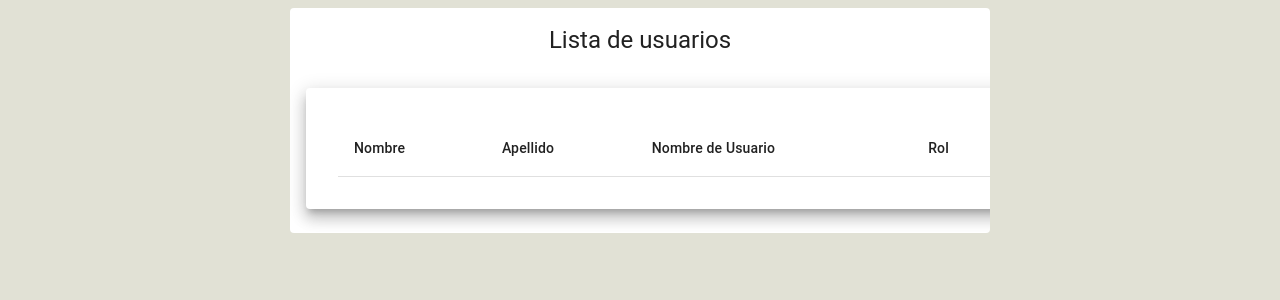
Repository: Mpablom/usuarioCaC-integrador-final-front
Page: /usuarios
The author's editor kept a copy of each file at every save. The page is drawn from the files as they stood at one save, then again after the next save.
The browser window is 1280 px wide. The pictures show the whole page.
The page's requests for data from a server got no answer. The project was rebuilt for these pictures with package versions that can differ from the ones it lists, and the page was loaded fresh each time. No one was signed in, and anything a server would have sent is missing. Also part of the build but not shown: vite.config.ts, src/components/Login.tsx.

Above is the page before, as saved 2024-07-10 23:42:49.

### src/App.tsx
// App.tsx (o donde configures tus rutas)
import React from 'react';
import {
  BrowserRouter as Router,
  Route,
  Routes,
  Navigate,
} from 'react-router-dom';
import Login from './components/Login'; // Componente de inicio de sesión
import UsuariosTable from './components/UsuariosTable'; // Componente de la tabla de usuarios

const App: React.FC = () => {
  return (
    <Router>
      <Routes>
        <Route path="/login" element={<Login />} />
        <Route path="/usuarios" element={<UsuariosTable />} />
        <Route path="/" element={<Navigate to="/login" />} />
      </Routes>
    </Router>
  );
};

export default App;

### src/index.css
 :root {
  font-family: Inter, system-ui, Avenir, Helvetica, Arial, sans-serif;
  line-height: 1.5;
  /* font-weight: 400; */

  color-scheme: light dark;
  color: rgba(255, 255, 255, 0.87);
  background-color: #E1E1D5;

  font-synthesis: none;
  text-rendering: optimizeLegibility;
  -webkit-font-smoothing: antialiased;
  -moz-osx-font-smoothing: grayscale;
}
/*
a {
  font-weight: 500;
  color: #646cff;
  text-decoration: inherit;
}
a:hover {
  color: #535bf2;
}

body {
  margin: 0;
  display: flex;
  place-items: center;
  min-width: 320px;
  min-height: 100vh;
}

h1 {
  font-size: 3.2em;
  line-height: 1.1;
  color: #1a1a1a;
}

button {
  border-radius: 8px;
  border: 1px solid transparent;
  padding: 0.6em 1.2em;
  font-size: 1em;
  font-weight: 500;
  font-family: inherit;
  background-color: #1a1a1a;
  cursor: pointer;
  transition: border-color 0.25s;
}
button:hover {
  border-color: #646cff;
}
button:focus,
button:focus-visible {
  outline: 4px auto -webkit-focus-ring-color;
}

@media (prefers-color-scheme: light) {
  :root {
    color: #213547;
    background-color: #ffffff;
  }
  a:hover {
    color: #747bff;
  }
  button {
    background-color: #f9f9f9;
  }
}
 */

### src/components/UsuariosTable.tsx
import React, { useEffect, useState } from "react";
import {
  TableContainer,
  Table,
  TableHead,
  TableBody,
  TableRow,
  TableCell,
  Paper,
  Card,
  CardHeader,
  CardContent,
} from "@mui/material";
import { Usuario } from "../models/UsuarioModel";
import { getUsuarios } from "../axios/UsuarioApi";

const UsuariosTable: React.FC = () => {
  const [usuarios, setUsuarios] = useState<Usuario[]>([]);

  useEffect(() => {
    const fetchUsuarios = async () => {
      try {
        const usuariosData = await getUsuarios();
        setUsuarios(usuariosData);
      } catch (error) {
        console.error("Error fetching usuarios:", error);
      }
    };

    fetchUsuarios();
  }, []);

  return (
    <Card sx={{ maxWidth: 700, margin: "auto", boxShadow:'none' }}>
      <CardHeader
        title="Lista de usuarios"
        sx={{ textAlign: "center" }}
      ></CardHeader>
      <CardContent>
        <TableContainer component={Paper} sx={{ boxShadow:'10', padding: 4 }}>
          <Table>
            <TableHead>
              <TableRow>
                <TableCell>Nombre</TableCell>
                <TableCell>Apellido</TableCell>
                <TableCell>Nombre de Usuario</TableCell>
                <TableCell>Rol</TableCell>
              </TableRow>
            </TableHead>
            <TableBody>
              {usuarios.map((usuario) => (
                <TableRow key={usuario.id}>
                  <TableCell>{usuario.nombre}</TableCell>
                  <TableCell>{usuario.apellido}</TableCell>
                  <TableCell>{usuario.username}</TableCell>
                  <TableCell>{usuario.rol}</TableCell>
                </TableRow>
              ))}
            </TableBody>
          </Table>
        </TableContainer>
      </CardContent>
    </Card>
  );
};

export default UsuariosTable;

### src/axios/UsuarioApi.ts
import api from './Api';
import { Usuario, UsuarioLogin } from '../models/UsuarioModel';

export const getUsuarios = async (): Promise<Usuario[]> => {
  const response = await api.get('/usuarios');
  return response.data;
};

export const getUsuarioById = async (id: number): Promise<Usuario> => {
  const response = await api.get(`/usuarios/${id}`);
  return response.data;
};

export const createUsuario = async (usuario: Usuario): Promise<void> => {
  const response = await api.post('/usuarios', usuario);
  return response.data;
};

export const updateUsuario = async (id: number, usuario: Usuario): Promise<void> => {
  const response = await api.put(`/usuarios/${id}`, usuario);
  return response.data;
};

export const deleteUsuario = async (id: number): Promise<void> => {
  const response = await api.delete(`/usuarios/${id}`);
  return response.data;
};

export const restoreUsuario = async (id: number): Promise<void> => {
  const response = await api.patch(`/usuarios/${id}`);
  return response.data;
};
export const login = async (usuarioLogin: UsuarioLogin): Promise<Usuario> => {
    try {
        const response = await api.post(`/usuarios/login`, usuarioLogin);
        return response.data as Usuario; // Asegúrate de que response.data sea del tipo Usuario
    } catch (error) {
        if (error instanceof Error) {
            throw new Error(`Error al iniciar sesión: ${error.message}`);
        } else {
            throw new Error(`Error al iniciar sesión: Error desconocido`);
        }
    }
  }

### src/axios/api.ts
import axios from 'axios';

const api = axios.create({
  baseURL: 'http://localhost:8080',
  headers: {
    'Content-Type': 'application/json',
  },
});

export default api;

Loaded but not shown: index.html (common file); src/main.tsx (common file)

After the next save:
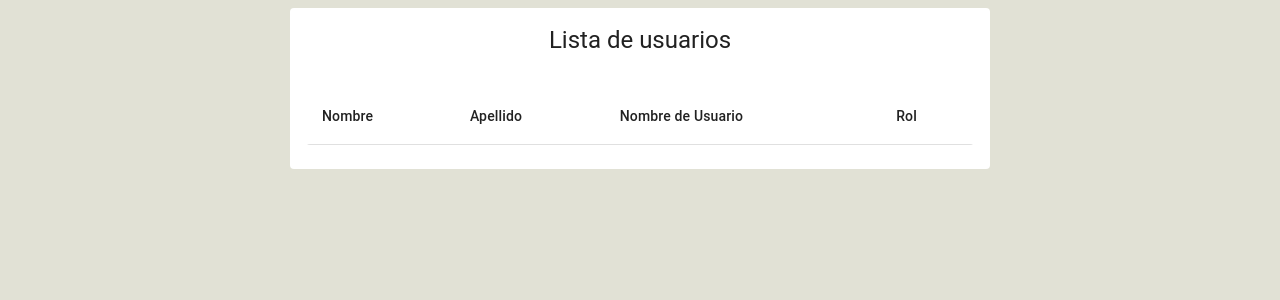
Saved 34 s later.
--- a/src/components/UsuariosTable.tsx
+++ b/src/components/UsuariosTable.tsx
@@ -37,7 +37,7 @@ const UsuariosTable: React.FC = () => {
         sx={{ textAlign: "center" }}
       ></CardHeader>
       <CardContent>
-        <TableContainer component={Paper} sx={{ boxShadow:'10', padding: 4 }}>
+        <TableContainer component={Paper} sx={{ boxShadow:'none' }}>
           <Table>
             <TableHead>
               <TableRow>
